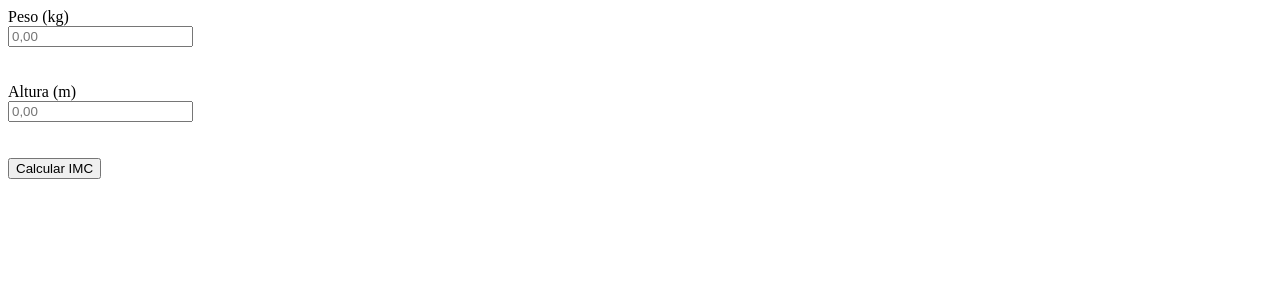
Repository: DeboraGuerra/programacaoWeb
Page: projetos-java/Desafio03/WebContent/index.htm
The author's editor kept a copy of each file at every save. The page is drawn from the files as they stood at one save, then again after the next save.
The browser window is 1280 px wide. The pictures show the whole page.

Above is the page before, as saved 2020-03-23 22:30:34.

### projetos-java/Desafio03/WebContent/index.htm
<!DOCTYPE html>

<html>

	<head>
		<meta charset="UTF-8">
		<title>Calculadora de IMC</title>
	</head>

	<body>
		<form method="get" action="imc">
			Peso (kg)</br>
			<input type="number" placeholder="0,00" step="0.01" name="peso"></br></br></br>
			Altura (m)</br>
			<input type="number" placeholder="0,00" step="0.01" name="altura"></br></br></br>
			<input type="submit" value="Calcular IMC">
		</form>
	</body>

</html>

After the next save:
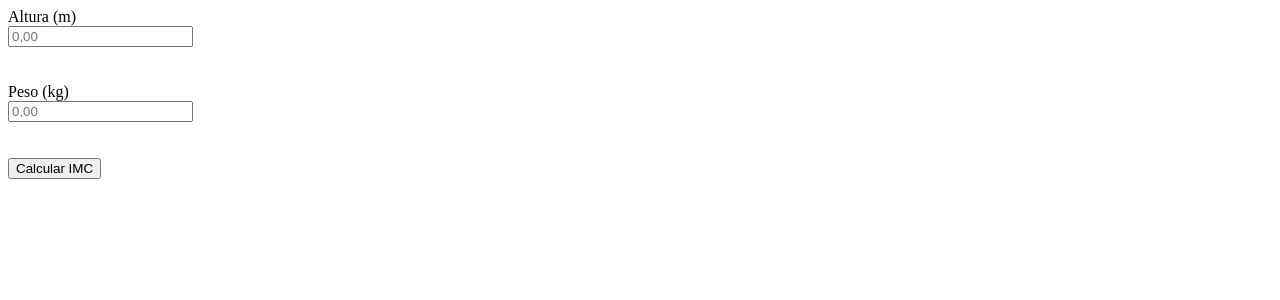
Saved 56 s later.
--- a/projetos-java/Desafio03/WebContent/index.htm
+++ b/projetos-java/Desafio03/WebContent/index.htm
@@ -9,10 +9,13 @@
 
 	<body>
 		<form method="get" action="imc">
+
+			Altura (m)</br>
+			<input type="number" placeholder="0,00" step="0.01" name="altura"></br></br></br>
+
 			Peso (kg)</br>
 			<input type="number" placeholder="0,00" step="0.01" name="peso"></br></br></br>
-			Altura (m)</br>
-			<input type="number" placeholder="0,00" step="0.01" name="altura"></br></br></br>
+
 			<input type="submit" value="Calcular IMC">
 		</form>
 	</body>
